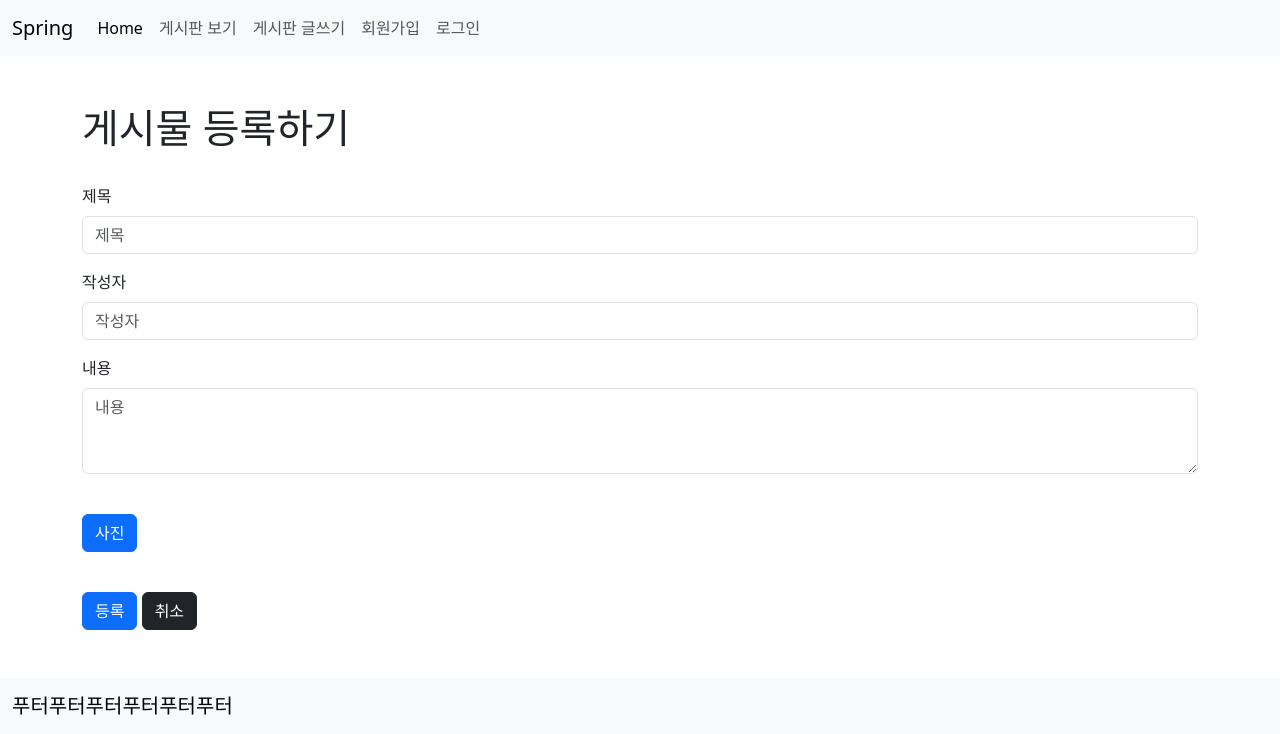
Repository: Jensuchan/spring_solo_project
Page: http://localhost/spring_test/WEB-INF/views/board/register.jsp
The author's editor kept a copy of each file at every save. The page is drawn from the files as they stood at one save, then again after the next save.
The browser window is 1280 px wide. The pictures show the whole page.
The page is served by Tomcat 9. Nobody is signed in. Other server files are loaded and not shown. The template is opened directly, without the code that normally fills it, so the values that code supplies are empty.

Above is the page before, as saved 2024-01-17 05:11:54.

### spring_test/src/main/webapp/WEB-INF/views/board/register.jsp
<%@ page language="java" contentType="text/html; charset=UTF-8"
	pageEncoding="UTF-8"%>
<jsp:include page="../layout/header.jsp"></jsp:include>




<div class="container">
	<h1>게시물 등록하기</h1><br>
	<form action="/board/register" method="post">
		<div class="mb-3">
			<label for="title" class="form-label">제목</label>
			<input type="text" name="title" class="form-control" id="title" placeholder="제목">
		</div>
		<div class="mb-3">
			<label for="writer" class="form-label">작성자</label>
			<input type="text" name="writer" class="form-control" id="writer" placeholder="작성자">
		</div>
		<div class="mb-3">
			<label for="content" class="form-label">내용</label>
 			<textarea class="form-control" name="content" id="content" rows="3" placeholder="내용"></textarea>
		</div>
		<div class="mb-3">
			<input type="file" name="files" class="form-control" id="files" multiple style="display: none"> <br>
			<button type="button" class="btn btn-primary" id="trigger">사진</button>
		</div>
		<!-- 파일 목록 표시라인 -->
 		<div class="mb-3" id="fileZone"></div>
		<br>
		<button type="submit" class="btn btn-primary">등록</button>
		<a href="/"><button type="button" class="btn btn-dark">취소</button></a>
	</form>

</div>

<jsp:include page="../layout/footer.jsp"></jsp:include>

### spring_test/src/main/webapp/WEB-INF/views/layout/header.jsp
<%@ taglib uri="http://java.sun.com/jsp/jstl/core" prefix="c"%>
<%@ page language="java" contentType="text/html; charset=UTF-8"
	pageEncoding="UTF-8"%>
<%@ taglib uri="http://www.springframework.org/security/tags"
	prefix="sec"%>
<!DOCTYPE html>
<html>
<head>
<meta charset="UTF-8">
<title>Insert title here</title>
<link
	href="https://cdn.jsdelivr.net/npm/bootstrap@5.3.1/dist/css/bootstrap.min.css"
	rel="stylesheet"
	integrity="sha384-4bw+/aepP/YC94hEpVNVgiZdgIC5+VKNBQNGCHeKRQN+PtmoHDEXuppvnDJzQIu9"
	crossorigin="anonymous">
<script
	src="https://cdn.jsdelivr.net/npm/bootstrap@5.3.1/dist/js/bootstrap.bundle.min.js"
	integrity="sha384-HwwvtgBNo3bZJJLYd8oVXjrBZt8cqVSpeBNS5n7C8IVInixGAoxmnlMuBnhbgrkm"
	crossorigin="anonymous"></script>
</head>
<style>
	.container-fluid{
		display: flex;
		justify-content: space-evenly;
		align-items: center;
	}
</style>

<body>

	<nav class="navbar navbar-expand-lg bg-body-tertiary">
		<div class="container-fluid">
			<a class="navbar-brand" href="/">Spring</a>
			<button class="navbar-toggler" type="button"
				data-bs-toggle="collapse" data-bs-target="#navbarSupportedContent"
				aria-controls="navbarSupportedContent" aria-expanded="false"
				aria-label="Toggle navigation">
				<span class="navbar-toggler-icon"></span>
			</button>
			<div class="collapse navbar-collapse" id="navbarSupportedContent">
				<ul class="navbar-nav me-auto mb-2 mb-lg-0">
					<li class="nav-item"><a class="nav-link active"
						aria-current="page" href="/">Home</a></li>
					<li class="nav-item"><a class="nav-link" href="/board/list">게시판 보기</a></li>

					<!-- 현재 인증한 사용자의 정보를 가져와서 해당 권한이 있는지 확인 -->
					<!-- 현재 사용자의 정보는 principal  -->
					<!-- anyMatch() : stream 매칭 메서드(최소한 1개의 요소가 주어진 조건에 맞는지 조사) -->

					<li class="nav-item"><a class="nav-link" href="/board/register">게시판 글쓰기</a>
					</li>
					<li class="nav-item"><a class="nav-link"
						href="/member/register">회원가입</a></li>
					<li class="nav-item"><a class="nav-link" href="#">로그인</a>
					</li>
				</ul>
			</div>
		</div>
	</nav>

	<br><br>

### spring_test/src/main/webapp/WEB-INF/views/layout/footer.jsp
<%@ page language="java" contentType="text/html; charset=UTF-8"
    pageEncoding="UTF-8"%>
<br><br>
<nav class="navbar navbar-expand-lg bg-body-tertiary">
		<div class="container-fluid">
			<a class="navbar-brand" href="/">푸터푸터푸터푸터푸터푸터</a>

			<div class="collapse navbar-collapse" id="navbarSupportedContent">
			</div>
		</div>
	</nav>
</body>
</html>

After the next save:
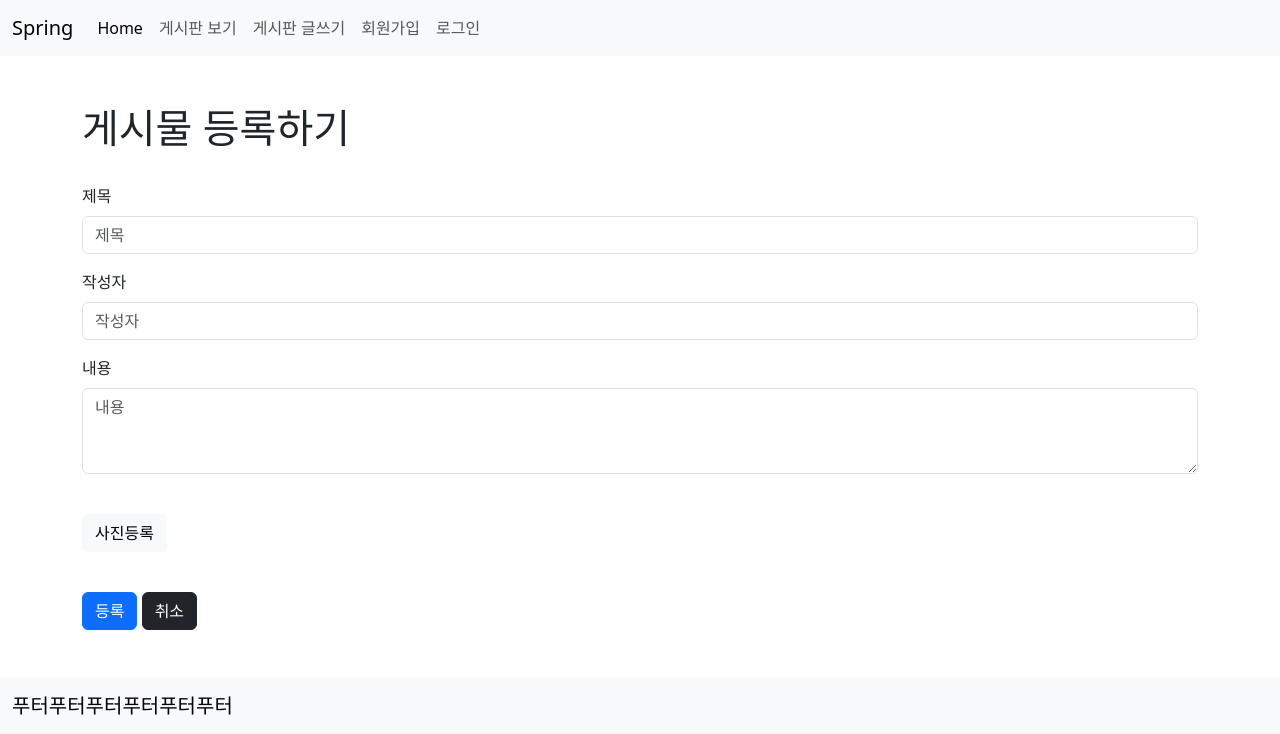
Saved 17 s later.
--- a/spring_test/src/main/webapp/WEB-INF/views/board/register.jsp
+++ b/spring_test/src/main/webapp/WEB-INF/views/board/register.jsp
@@ -22,7 +22,7 @@
 		</div>
 		<div class="mb-3">
 			<input type="file" name="files" class="form-control" id="files" multiple style="display: none"> <br>
-			<button type="button" class="btn btn-primary" id="trigger">사진</button>
+			<button type="button" class="btn btn-light" id="trigger">사진등록</button>
 		</div>
 		<!-- 파일 목록 표시라인 -->
  		<div class="mb-3" id="fileZone"></div>
